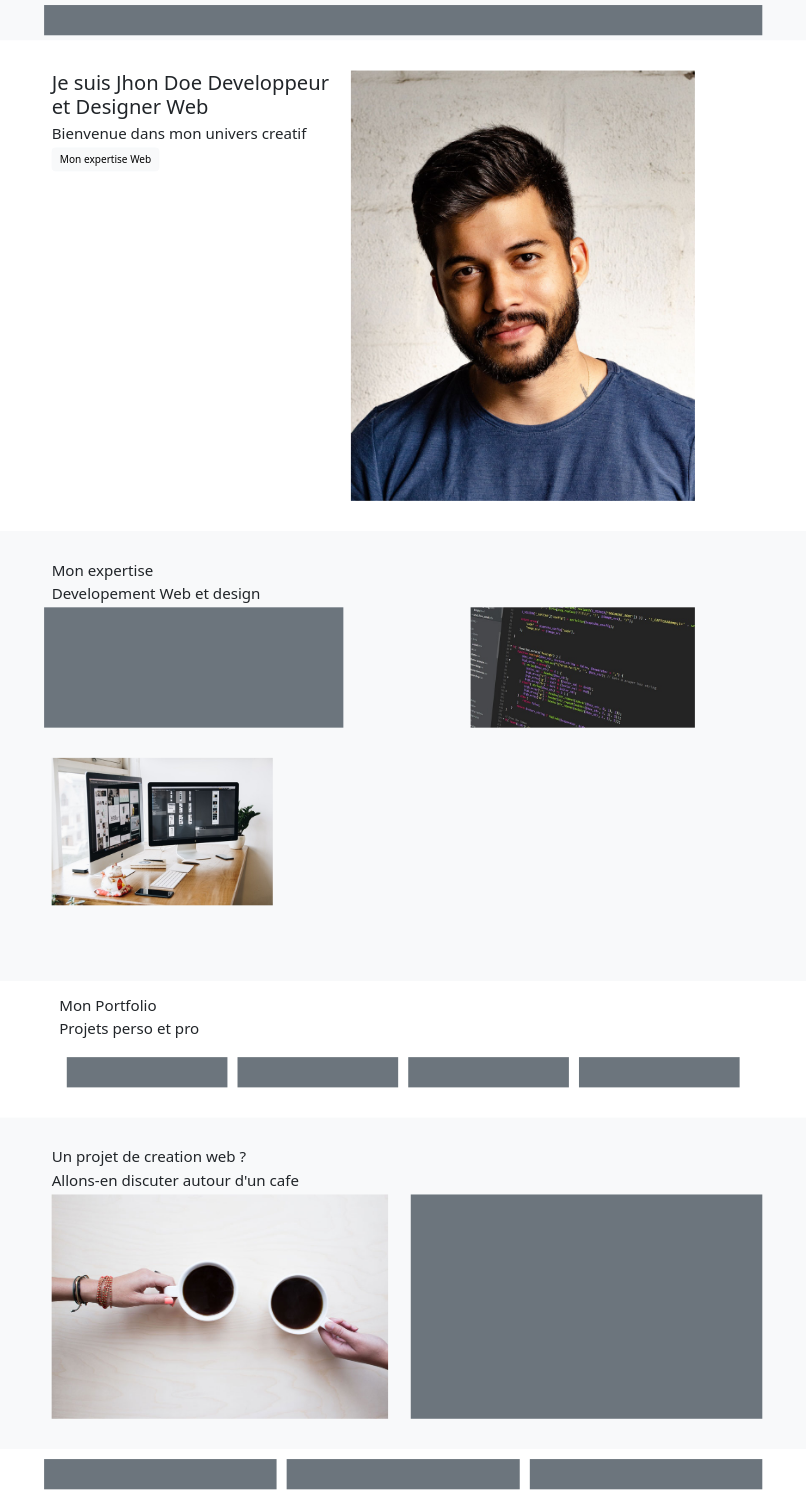
Repository: wadelfadill/Bootstrap_tache_1_portfolio
Page: index.html
An editor plug-in stored every save of this project. The page is shown before and after the next save, followed by the edit.
The browser window is 1280 px wide. The pictures show the whole page, at 63% of full size.

Above is the page before, as saved 2023-03-27 13:29:22.

### index.html
<!DOCTYPE html>
<html lang="en">
<head>
    <meta charset="UTF-8">
    <meta http-equiv="X-UA-Compatible" content="IE=edge">
    <meta name="viewport" content="width=device-width, initial-scale=1.0">
    <title>Portfolio_Bootstrap</title>
    <link href="https://cdn.jsdelivr.net/npm/bootstrap@5.3.0-alpha2/dist/css/bootstrap.min.css" rel="stylesheet" integrity="sha384-aFq/bzH65dt+w6FI2ooMVUpc+21e0SRygnTpmBvdBgSdnuTN7QbdgL+OapgHtvPp" crossorigin="anonymous">
    <link rel="stylesheet" href="style.css">
</head>
<body>
    <header>
        <nav class="navbar bg-light container-fluid">
            <div class="container bg-secondary py-4">

            </div>
        </nav>
    </header>
    <main>
        <section class="my-5">
            <div class="container">
                <div class="row">
                    <div class="col-5">
                        <p class="h2">Je suis Jhon Doe Developpeur et Designer Web</p>
                        <p class="h4">Bienvenue dans mon univers creatif</p>
                        <a class="btn btn-light" href="#" role="button">Mon expertise Web</a>

                    </div>
                    <div class="col-6">
                        <img src="img/portrait.jpg" alt="profile de Jhon Doe" class="w-100">
                    </div>
                </div>
            </div>
        </section>
        <section>
            <div class="container-fluid bg-light py-5 mt-5">
                <div class="container ">
                 <p class="h4">Mon expertise</p>
                 <p class="h4">Developement Web et design</p>
                <div class="row">
                    <div class="col-5 bg-secondary">

                    </div>
                    <div class="col-2"></div>
                    <div class="col-4">
                        <img src="img/code.jpg" alt="" class="w-100">
                    </div>
                </div>
                <div class="row my-5 pe-3 gap-4">
                    <div class="col-4">
                        <img src="img/design.jpg" alt="" class="w-100">
                    </div>
                    <div class="col-2"></div>
                    <div class="col-6 bg-secondary">

                    </div>
                </div>
             </div>
        </section>
        <section class="container">
            <div class="container my-4">
                <p class="h4">Mon Portfolio</p>
                <p class="h4">Projets perso et pro</p>
                <div class="row gap-3 p-4">
                    <div class="col bg-secondary py-4"></div>
                    <div class="col bg-secondary py-4"></div>
                    <div class="col bg-secondary py-4"></div>
                    <div class="col bg-secondary py-4"></div>
                </div>
            </div>
        </section>
        <section class="p-5 bg-light">
            <div class="container">
                <p class="h4">Un projet de creation web ?</p>
                <p class="h4">Allons-en discuter autour d'un cafe</p>
                <div class="row gap-4">
                    <div class="col">
                        <img src="img/grab-a-coffee.jpg" class="w-100" alt="">
                    </div>
                    <div class="col bg-secondary"></div>
                </div>
            </div>
        </section>
    </main>
    <footer>
        <div class="container">
            <div class="row gap-3 py-3">
                <div class="col p-4 bg-secondary"></div>
                <div class="col p-4 bg-secondary"></div>
                <div class="col p-4 bg-secondary"></div>
            </div>
        </div>
    </footer>


</body>
</html>

Loaded but not shown: style.css (no stored copy; drawn as an empty file)

After the next save:
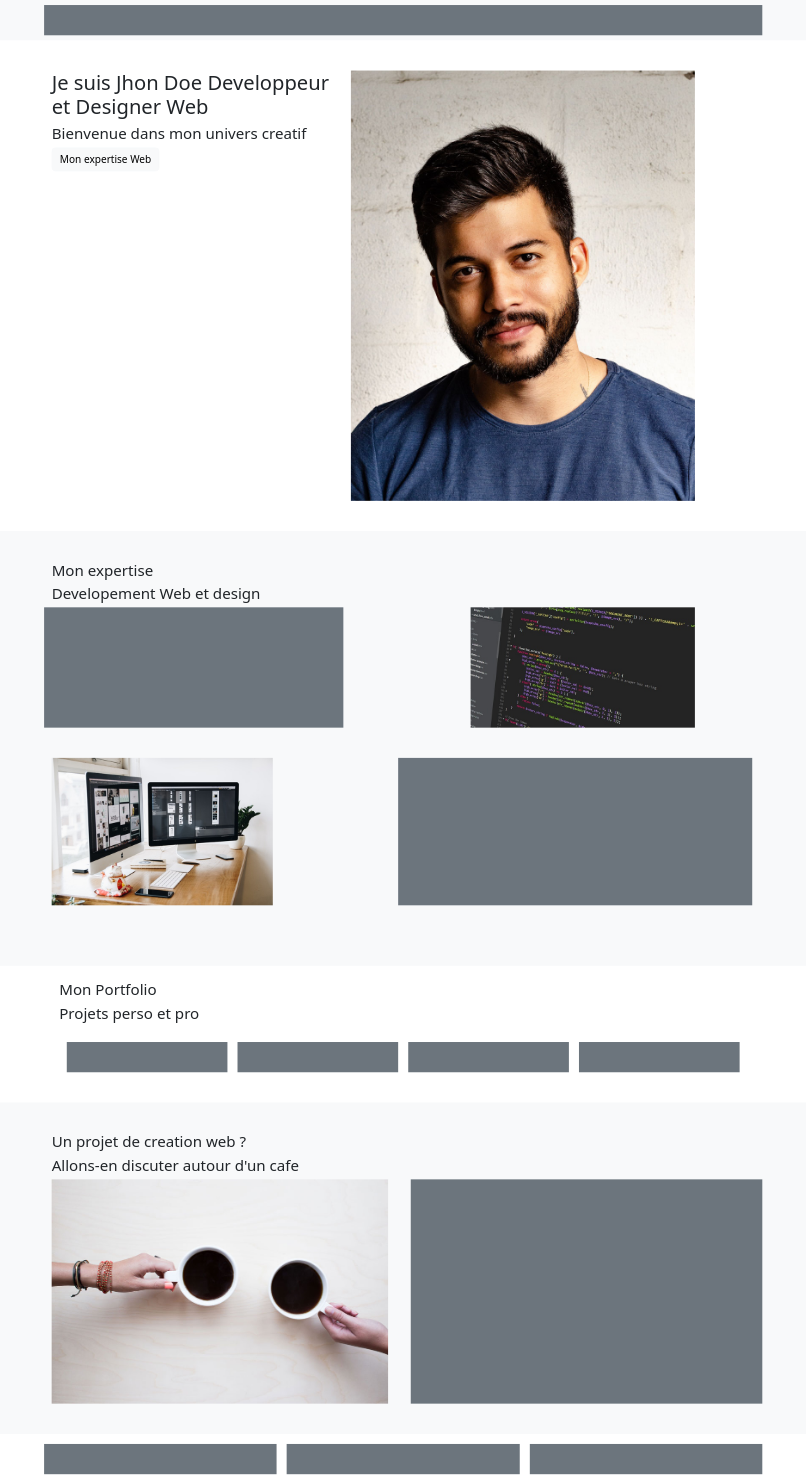
Saved 7 s later.
--- a/index.html
+++ b/index.html
@@ -46,7 +46,7 @@
                         <img src="img/code.jpg" alt="" class="w-100">
                     </div>
                 </div>
-                <div class="row my-5 pe-3 gap-4">
+                <div class="row my-5 pe-3">
                     <div class="col-4">
                         <img src="img/design.jpg" alt="" class="w-100">
                     </div>
